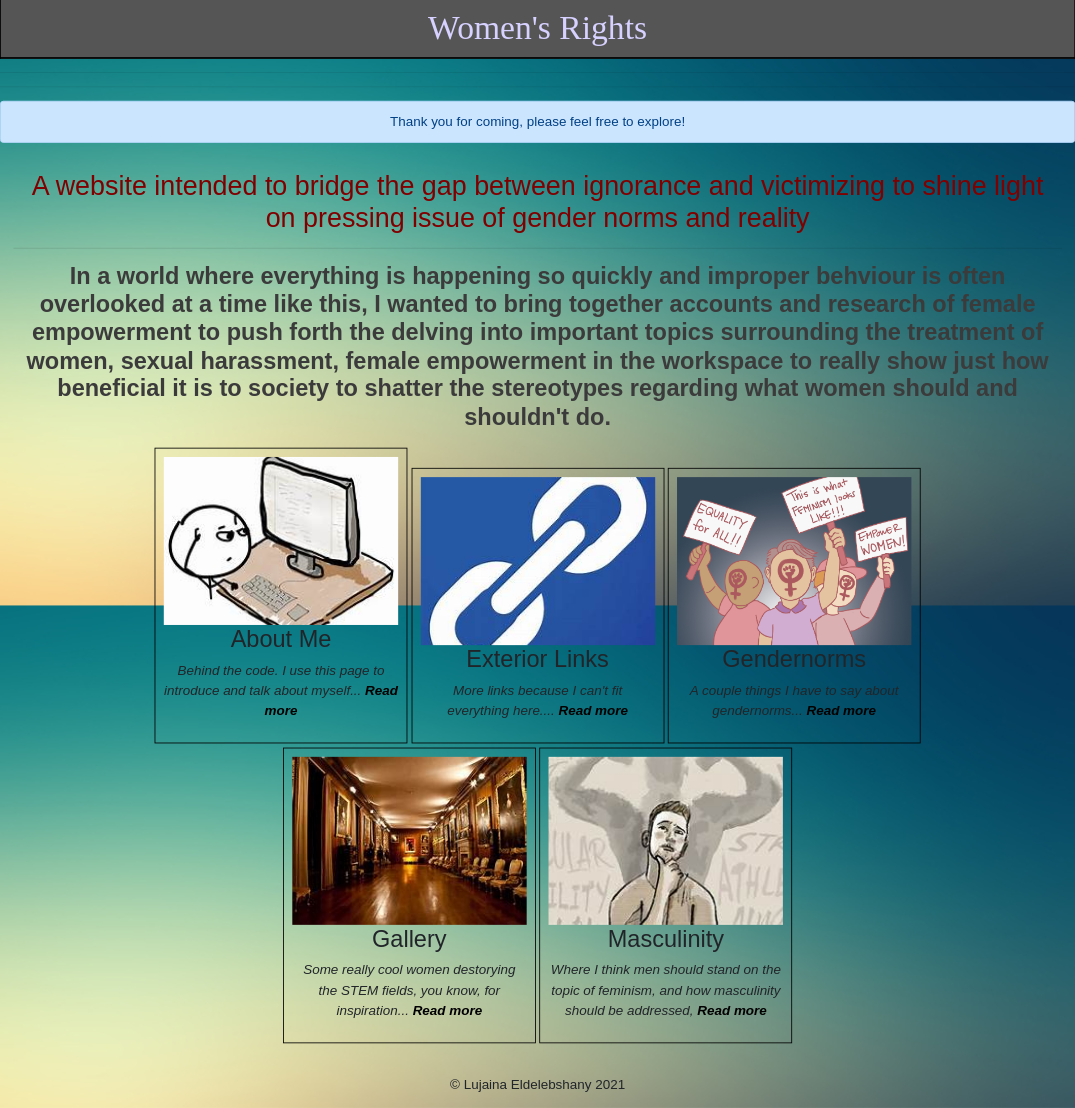
Repository: Lujaina-E/womens-rights-site
Page: index.html
An editor plug-in stored every save of this project. The page is shown before and after the next save, followed by the edit.
The browser window is 1280 px wide. The pictures show the whole page, at 84% of full size.
Backgrounds fixed to the window are drawn as part of the page. Some web fonts or font styles are not loaded; a fallback is used.

Above is the page before, as saved 2022-07-25 22:58:55.

After the next save:
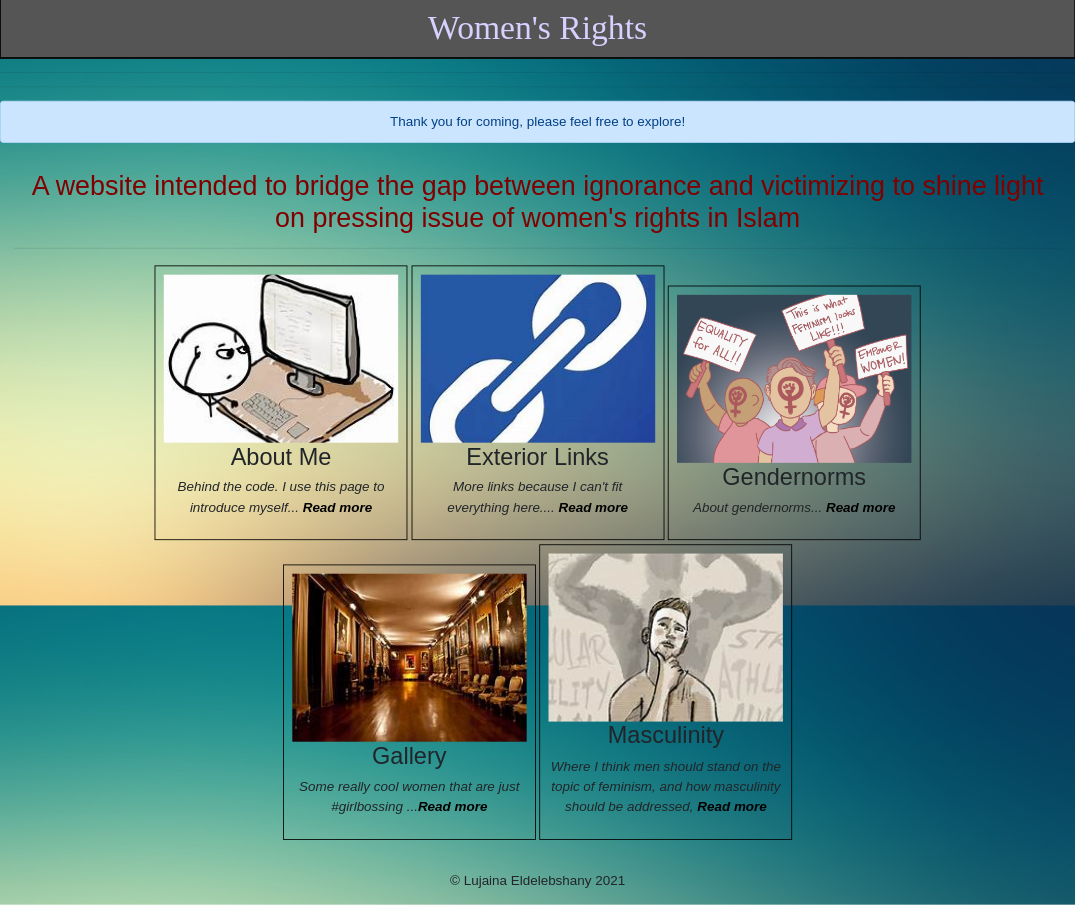
Saved 2 min 43 s later.
--- a/index.html
+++ b/index.html
@@ -54,19 +54,15 @@
         <div class="alert alert-primary" role="alert">Thank you for coming, please feel free to explore!</div>
         <main class="page-content">
             <section>
-             <h2> A website intended to bridge the gap between ignorance and victimizing to shine light on pressing issue of gender norms and reality</h2><hr>
-             <h3 id="site-subtitle"><b>In a world where everything is happening so quickly and
-             improper behviour is often overlooked at a time like this, I wanted to bring together accounts and research of
-             female empowerment to push forth the delving into important topics surrounding the treatment of women, sexual harassment,
-             female empowerment in the workspace to really show just how beneficial it is to society to shatter the stereotypes regarding
-             what women should and shouldn't do.</h3></b>
+             <h2> A website intended to bridge the gap between ignorance and victimizing to shine light on pressing issue of women's rights in Islam</h2><hr>
+
             </section>
 
             <section id="top-stories">
                 <article>
                     <div class="article-image"style="background:url(Pictures/founder-coverpage.jfif)"> </div>
                     <h3>About Me</h3>
-                    <p class="article-info"> Behind the code. I use this page to introduce and talk about myself... <a class="link" href="founder.html">Read more </a></p>
+                    <p class="article-info"> Behind the code. I use this page to introduce myself... <a class="link" href="founder.html">Read more </a></p>
                 </article>
 
                 <article>
@@ -78,13 +74,13 @@
                 <article>
                     <div class="article-image"style="background:url(Pictures/genderNorms-coverpage.jpg)"> </div>
                     <h3>Gendernorms</h3>
-                    <p class="article-info">A couple things I have to say about gendernorms... <a class="link" href="gendernorms.html">Read more </a></p>
+                    <p class="article-info">About gendernorms... <a class="link" href="gendernorms.html">Read more </a></p>
                 </article>
 
                 <article>
                     <div class="article-image"style="background:url(Pictures/gallery-coverpage.jfif)"> </div>
                     <h3>Gallery</h3>
-                    <p class="article-info"> Some really cool women destorying the STEM fields, you know, for inspiration... <a class="link" href="gallery.html">Read more </a></p>
+                    <p class="article-info"> Some really cool women that are just #girlbossing ...<a class="link" href="gallery.html">Read more </a></p>
                 </article>
 
                 <article>
